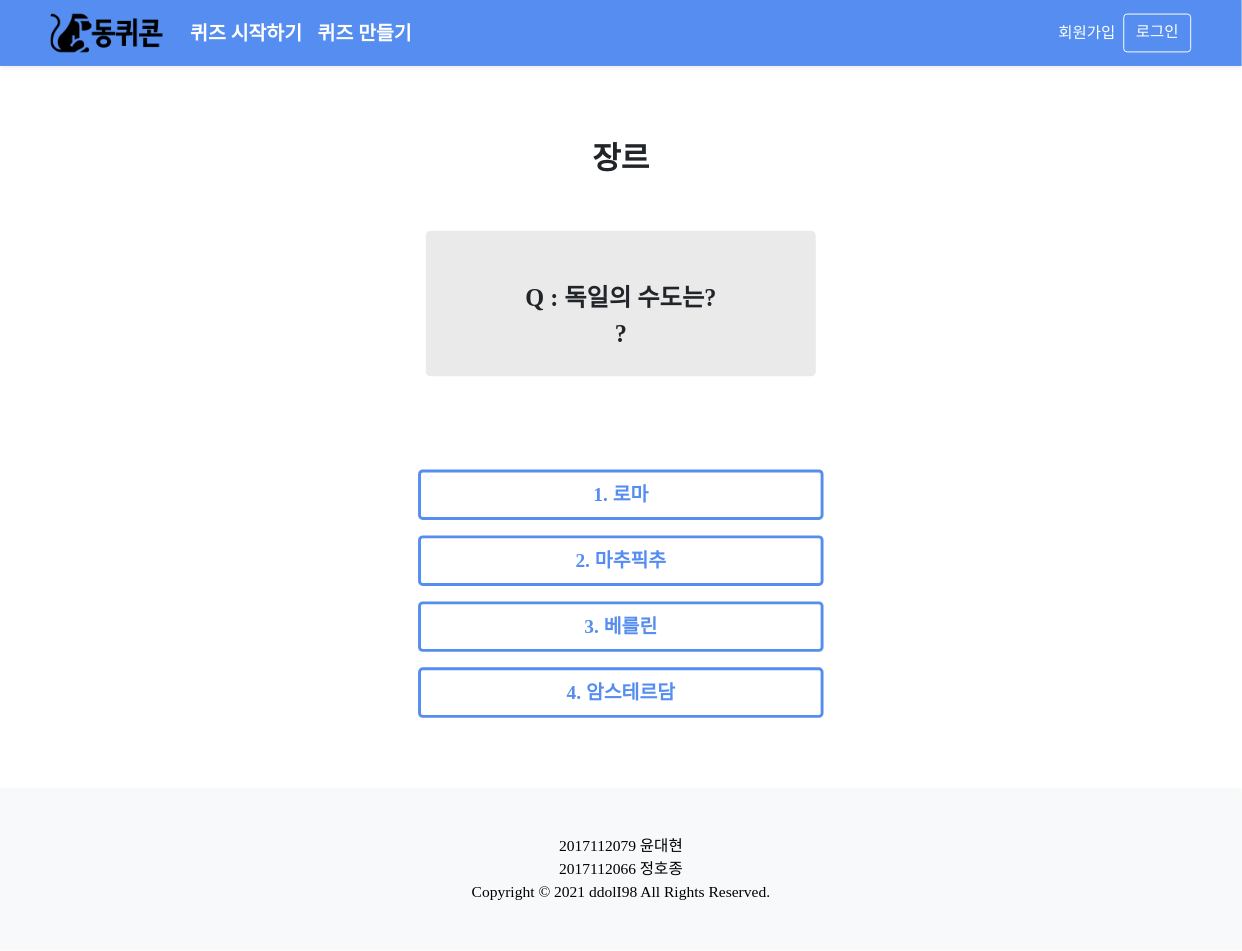
Repository: eogus0512/Quiz_WebProject
Page: http://localhost/Quiz_WebProject/solveQuiz.jsp
These files come from the project's save history. The page is drawn as it stood at one moment and after the next save; the edit follows.
The browser window is 1280 px wide. The pictures show the whole page, at 97% of full size.
Some web fonts or font styles are not loaded; a fallback is used. The page is served by Tomcat 9. Other server files are loaded and not shown.

Above is the page before, as saved 2021-10-28 14:35:30.

### Quiz_WebProject/WebContent/solveQuiz.jsp
<%@ page language="java" contentType="text/html;charset=UTF-8" pageEncoding="UTF-8" %>
<%@ page import="java.io.PrintWriter"%>
<!DOCTYPE html>
<html>
<head>
    <meta http-equiv="Content-Type" content="text/html"; charset="UTF-8">
    <meta name="viewport" content="width=device-width, initial-scale=1, shrink-to-fit=no">
    <title>동퀴콘</title>
    <link rel="stylesheet" href="./css/bootstrap.min.css">
    <link rel="stylesheet" href="./css/custom.css">
    <link rel="icon" href="./img/favicon.png">
</head>
<body>
<nav class="navbar navbar-expand-lg navbar-light fixed-top shadow-sm" style="background-color: #558DF0;">
    <div class="container-xxl d-flex align-items-md-center" style="width:1200px">
        <a class="navbar-brand" href="index.jsp"><img src="./img/mainIcon.png" class="rounded float-start" width="120"></a>
        <button class="navbar-toggler" type="button" data-bs-toggle="collapse" data-bs-target="#navbarSupportedContent" aria-controls="navbarSupportedContent" aria-expanded="false" aria-label="Toggle navigation">
            <span class="navbar-toggler-icon"></span>
        </button>
        <div class="collapse navbar-collapse" id="navbarSupportedContent">
            <ul class="navbar-nav me-auto">
                <li class="nav-item">
                    <a class="nav-link" href="#" style="font-size:15pt; color:white;"><b>퀴즈 시작하기</b></a>
                </li>
                <li class="nav-item">
                    <a class="nav-link" href="registerQuiz.jsp" style="font-size:15pt; color:white;"><b>퀴즈 만들기</b></a>
                </li>
            </ul>
            <%
                String loginID = null;
                String userName = null;
                if(session.getAttribute("loginID") != null) {
                    loginID = (String) session.getAttribute("loginID");
                    userName = (String) session.getAttribute("userName");
                }
                if(loginID == null) {
            %>
            <ul class="navbar-nav">
                <a class="nav-link" aria-current="page" href="signUp.jsp" style="color:white">회원가입</a>
                <a class="btn btn-outline-primary" href="login.jsp" style="border-color: white; color: white">로그인</a>
            </ul>
            <%
            } else {
            %>
            <ul class="navbar-nav d-flex">
                <li class="nav-item dropdown">
                    <a class="nav-link dropdown-toggle" href="#" id="navbarDropdown" role="button" data-bs-toggle="dropdown" aria-expanded="false">
                        <%=userName %> 님
                    </a>
                    <ul class="dropdown-menu" aria-labelledby="navbarDropdown" style="background-color: #FAF1D6;">
                        <li><a class="dropdown-item" href="myPage.jsp">마이페이지</a></li>
                        <li><a class="dropdown-item" href="#">1:1 문의</a></li>
                        <li><hr class="dropdown-divider"></li>
                        <li><a class="dropdown-item" href="logout.jsp">로그아웃</a></li>
                    </ul>
                </li>
            </ul>
            <%
                }
            %>
        </div>
    </div>
</nav>
<br><br><br><br>
<div class="py-5 text-center">
    <h2><b>장르</b></h2>
</div>
<div class="container col-md-4">
	<div class="col-12" style="height:150px; padding:50px; background-color: #EAEAEA; text-align:center; font-size:25px; font-weight:bold; border-radius:5px">
        <label class="form-label">Q : 독일의 수도는?<br>?</label>
    </div><br><br><br><br>
    <form method="post" action="#">
        <div class="row g-3">
            <button class="w-100 btn-lg" style="background-color: white; color:#558DF0; border:3px solid #558DF0"><b>1. 로마</b></button>
            <button class="w-100 btn-lg" style="background-color: white; color:#558DF0; border:3px solid #558DF0"><b>2. 마추픽추</b></button>
            <button class="w-100 btn-lg" style="background-color: white; color:#558DF0; border:3px solid #558DF0"><b>3. 베를린</b></button>
            <button class="w-100 btn-lg" style="background-color: white; color:#558DF0; border:3px solid #558DF0"><b>4. 암스테르담</b></button>
        </div><br><br>

    </form>
</div>
<footer class="bg-light mt-4 p-5 text-center" style="color: #000000;">
    2017112079 윤대현<br>2017112066 정호종<br>
    Copyright &copy; 2021 ddolI98 All Rights Reserved.
</footer>
<script src="./js/jquery.min.js"></script>
<script src="./js/popper.js"></script>
<script src="./js/bootstrap.min.js"></script>
</body>
</html>

### Quiz_WebProject/WebContent/css/custom.css
@import url(https://fonts.googleapis.com/earlyaccess/nanumgothic.css);
.navbar-brand, h1, h2, h3, h4 {
    font-family: 'Nanum Gothic';
}
h5 {
    font-family: 'Nanum Gothic';
    font-size: 18px;
}
body {
    font-family: 'Nanum Gothic';
}

Loaded but not shown: Quiz_WebProject/WebContent/css/bootstrap.min.css (library); Quiz_WebProject/WebContent/js/jquery.min.js (library); Quiz_WebProject/WebContent/js/popper.js (library); Quiz_WebProject/WebContent/js/bootstrap.min.js (library)

After the next save:
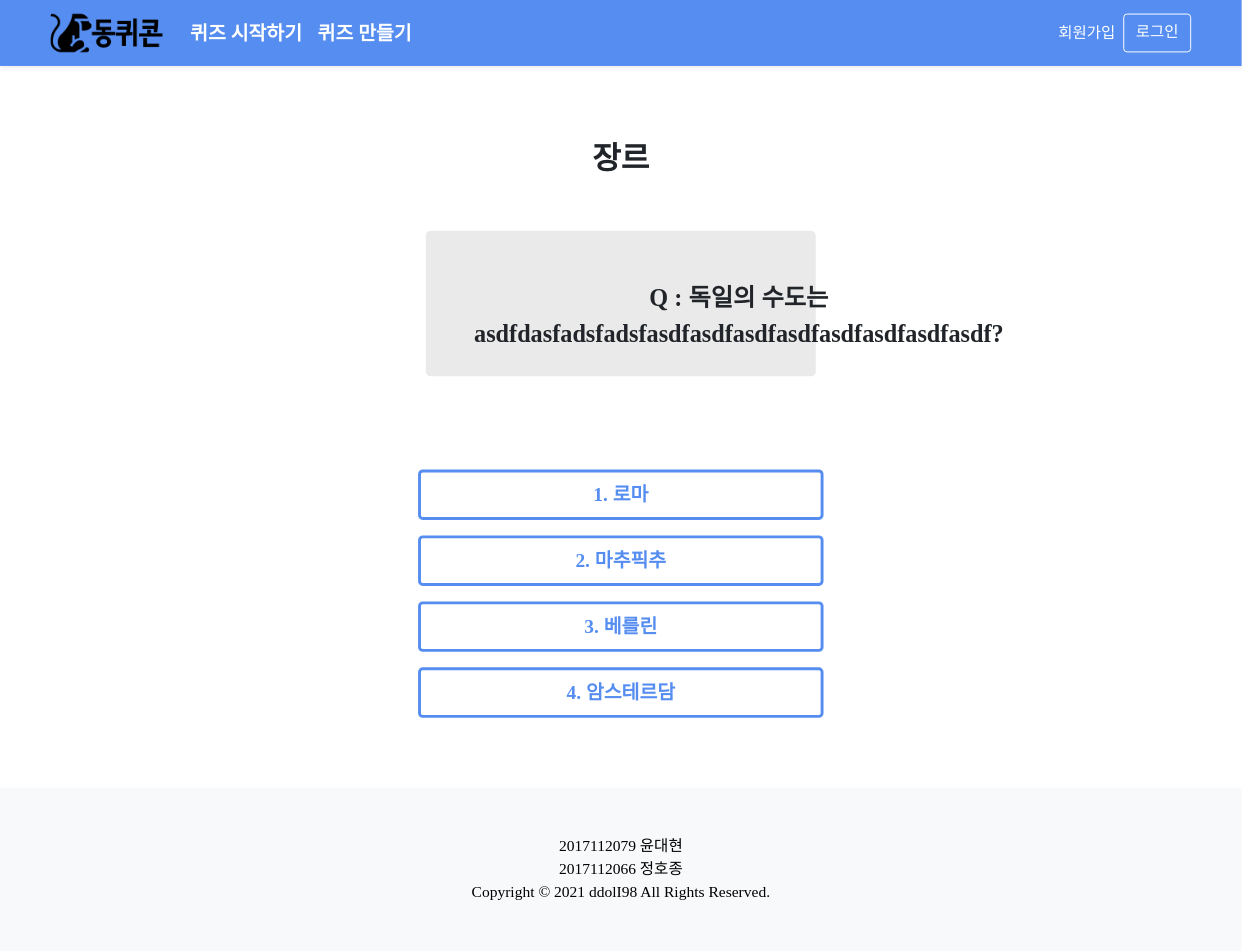
Saved 16 s later.
--- a/Quiz_WebProject/WebContent/solveQuiz.jsp
+++ b/Quiz_WebProject/WebContent/solveQuiz.jsp
@@ -67,7 +67,7 @@
 </div>
 <div class="container col-md-4">
 	<div class="col-12" style="height:150px; padding:50px; background-color: #EAEAEA; text-align:center; font-size:25px; font-weight:bold; border-radius:5px">
-        <label class="form-label">Q : 독일의 수도는?<br>?</label>
+        <label class="form-label">Q : 독일의 수도는asdfdasfadsfadsfasdfasdfasdfasdfasdfasdfasdfasdf?</label>
     </div><br><br><br><br>
     <form method="post" action="#">
         <div class="row g-3">
